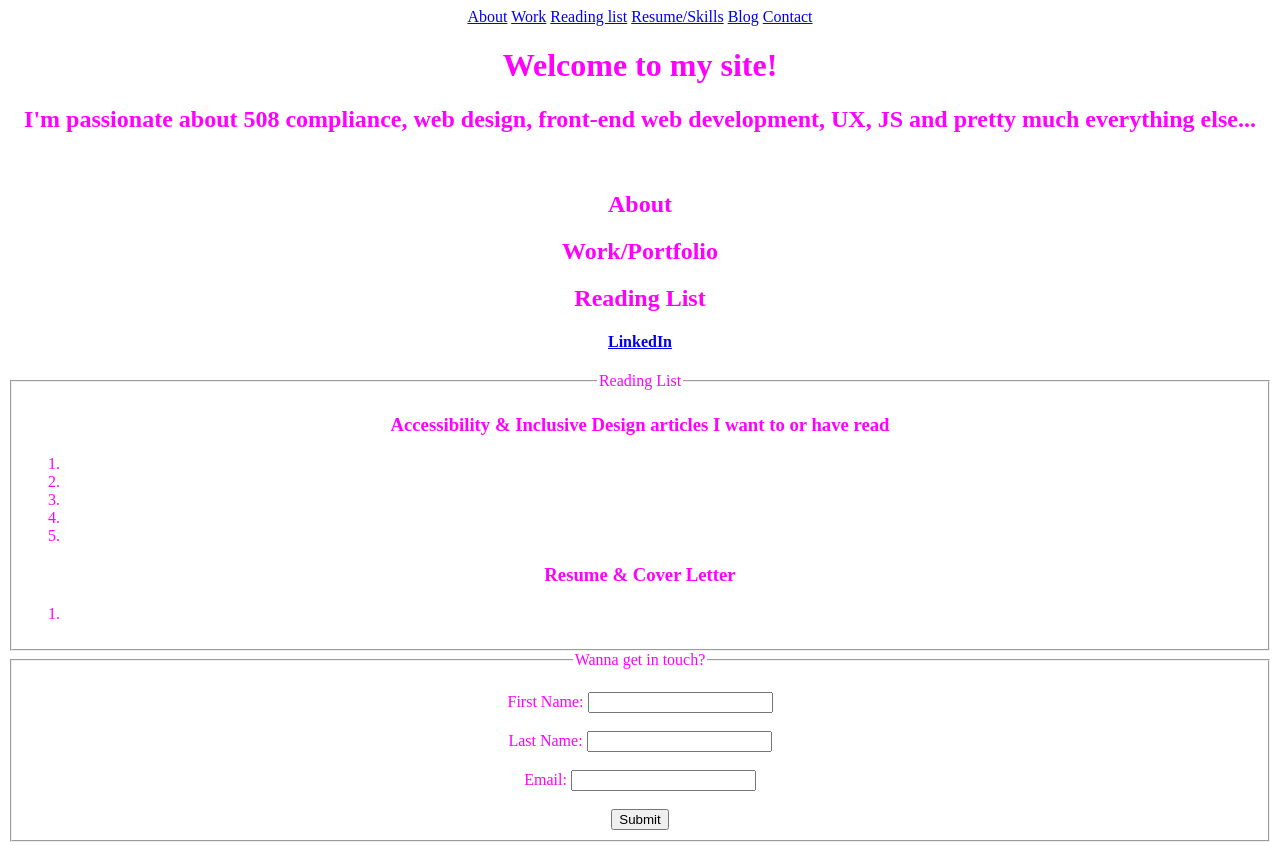
Repository: jasvr/jasvr.io
Page: index.html
The author's editor kept a copy of each file at every save. The page is drawn from the files as they stood at one save, then again after the next save.
The browser window is 1280 px wide. The pictures show the whole page.

Above is the page before, as saved 2020-01-20 13:43:00.

After the next save:
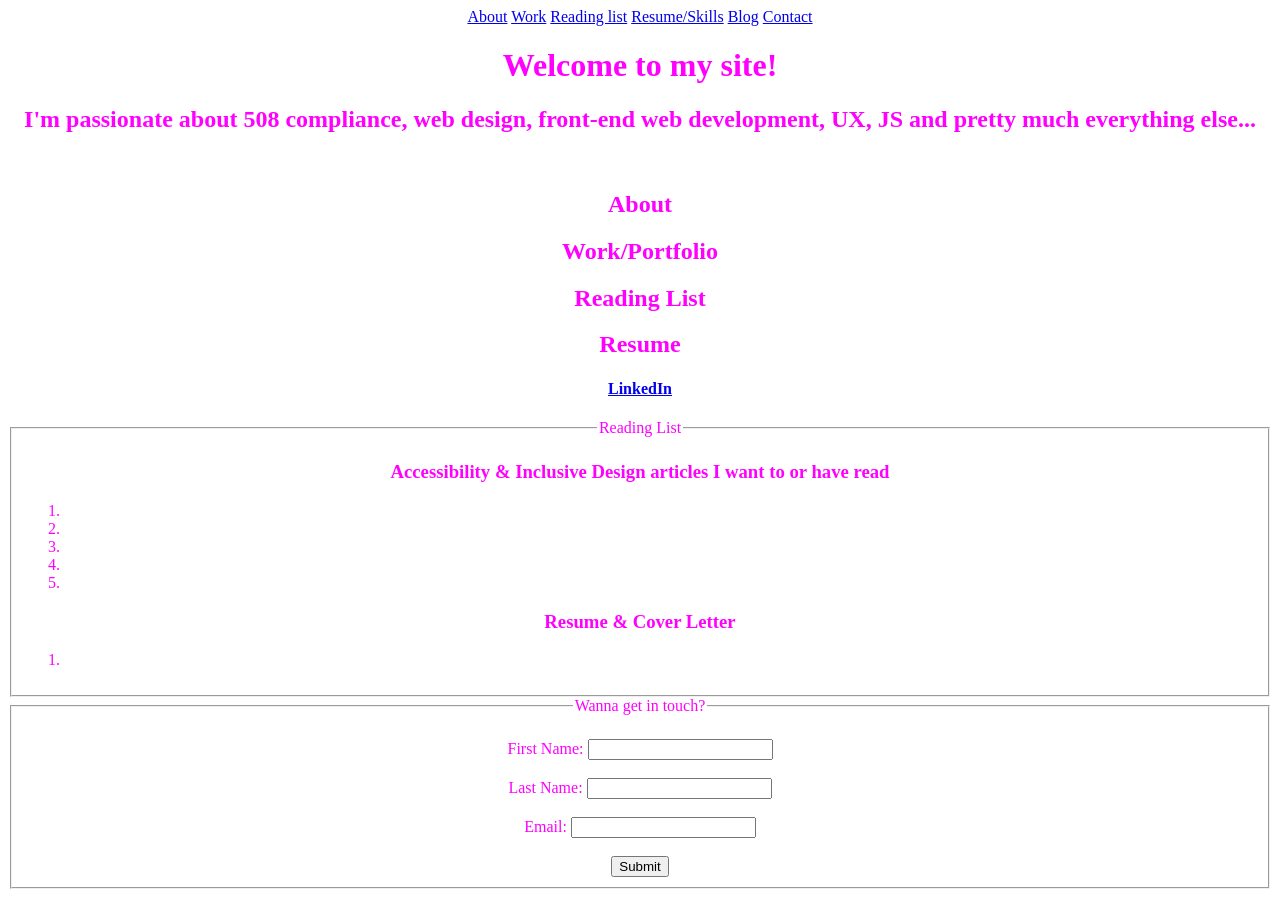
Saved 4 s later.
--- a/index.html
+++ b/index.html
@@ -22,7 +22,7 @@
     <h2>About</h2>
     <h2>Work/Portfolio</h2>
     <h2>Reading List</h2>
-    <h2></h2>
+    <h2>Resume</h2>
 
 
     <h4><a href="https://www.linkedin.com/in/jasvrgs/">LinkedIn</a></h4>
